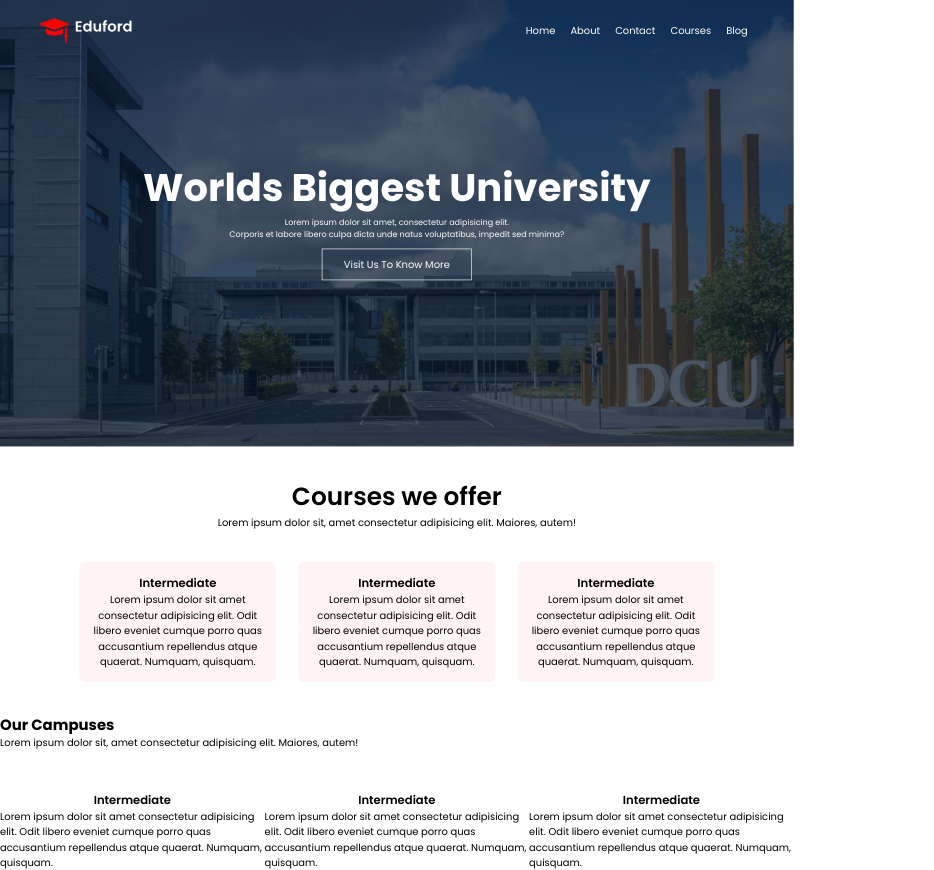
Repository: yashrajverma/Practise
Page: index.html
These files come from the project's save history. The page is drawn as it stood at one moment and after the next save; the edit follows.
The browser window is 1280 px wide. The page is 1280 px wide, then 1506 px, so the pictures cover 1506 px, including what lies to the right of the window. The pictures show the whole page, at 62% of full size.

Above is the page before, as saved 2021-04-27 12:21:48.

### index.html
<!DOCTYPE html>
<html lang="en">
  <head>
    <meta charset="UTF-8" />
    <meta name="viewport" content="width=device-width, initial-scale=1.0" />
    <title>Website</title>
    <link rel="stylesheet" href="style.css" />
    <link rel="preconnect" href="https://fonts.gstatic.com">
<link href="https://fonts.googleapis.com/css2?family=Poppins:ital,wght@0,100;0,400;0,600;0,700;1,500&display=swap" rel="stylesheet">
<link rel="stylesheet" href="https://cdn.jsdelivr.net/npm/@fortawesome/fontawesome-free@5.15.3/css/fontawesome.min.css" integrity="sha384-wESLQ85D6gbsF459vf1CiZ2+rr+CsxRY0RpiF1tLlQpDnAgg6rwdsUF1+Ics2bni" crossorigin="anonymous">
<link rel="stylesheet" href="https://cdnjs.cloudflare.com/ajax/libs/font-awesome/5.15.3/css/all.min.css" integrity="sha512-iBBXm8fW90+nuLcSKlbmrPcLa0OT92xO1BIsZ+ywDWZCvqsWgccV3gFoRBv0z+8dLJgyAHIhR35VZc2oM/gI1w==" crossorigin="anonymous" />

</head>
  <body>
    <section class="header">
        <nav>
         <a href="index.html"><img src="eduford_img/logo.png" alt="logo" class="nav-img"/></a>
          <div class="nav-links" id="navLinks">
            <i class="fa fa-times-circle" aria-hidden="true" onclick="hideMenu()"></i>
             <ul>
            <li><a href="#">Home</a></li>
            <li><a href="#">About</a></li>
            <li><a href="#">Contact</a></li>
            <li><a href="#">Courses</a></li>
            <li><a href="#">Blog</a></li>
          </ul>
          </div>
          <i class="fa fa-bars" aria-hidden="true" onclick="showMenu()"></i>
        </nav>

        <div class="text-box">
          <h1>
            Worlds Biggest University
          </h1>
          <p>
            Lorem ipsum dolor sit amet, consectetur adipisicing elit. <br>
            Corporis et labore libero culpa dicta unde natus voluptatibus, impedit sed minima?
          </p>
          <a href="#">Visit Us To Know More</a>
        </div>
    </section>

    <!-- -------------------- courses --------------------- -->

    <section class="course">
      <h1>Courses we offer</h1>
      <p>Lorem ipsum dolor sit, amet consectetur adipisicing elit. Maiores, autem!</p>
      <div class="row">
        <div class="course-col">
          <h3>Intermediate</h3>
          <p>Lorem ipsum dolor sit amet consectetur adipisicing elit.
            Odit libero eveniet cumque porro quas accusantium repellendus atque quaerat. Numquam, quisquam.</p>
        </div>
        <div class="course-col">
          <h3>Intermediate</h3>
          <p>Lorem ipsum dolor sit amet consectetur adipisicing elit.
            Odit libero eveniet cumque porro quas accusantium repellendus atque quaerat. Numquam, quisquam.</p>
        </div>
        <div class="course-col">
          <h3>Intermediate</h3>
          <p>Lorem ipsum dolor sit amet consectetur adipisicing elit.
            Odit libero eveniet cumque porro quas accusantium repellendus atque quaerat. Numquam, quisquam.</p>
        </div>
      </div>
    </section>



    <!-- -------------------- campus --------------------- -->

    <section class="campus">
      <h1>Our Campuses</h1>
      <p>Lorem ipsum dolor sit, amet consectetur adipisicing elit. Maiores, autem!</p>
      <div class="row">
        <div class="campus-col">
          <h3>Intermediate</h3>
          <p>Lorem ipsum dolor sit amet consectetur adipisicing elit.
            Odit libero eveniet cumque porro quas accusantium repellendus atque quaerat. Numquam, quisquam.</p>
        </div>
        <div class="campus-col">
          <h3>Intermediate</h3>
          <p>Lorem ipsum dolor sit amet consectetur adipisicing elit.
            Odit libero eveniet cumque porro quas accusantium repellendus atque quaerat. Numquam, quisquam.</p>
        </div>
        <div class="campus-col">
          <h3>Intermediate</h3>
          <p>Lorem ipsum dolor sit amet consectetur adipisicing elit.
            Odit libero eveniet cumque porro quas accusantium repellendus atque quaerat. Numquam, quisquam.</p>
        </div>
      </div>
    </section>

    <script src="app.js"></script>
  </body>
</html>

### style.css
*{
    margin: 0;
    padding: 0;
    font-family: 'Poppins', sans-serif;
}

.header{
    width: 100%;
    min-height: 100vh;
    background:linear-gradient(rgba(2, 20, 46, 0.7),rgba(5, 20, 37, 0.7)) ,url('./eduford_img/banner.png');
    background-position: fixed;
    background-size: cover;
    background-repeat: no-repeat;
    position: relative;
}
nav{
    display: flex;
    align-items: center;
    justify-content: space-between;
    padding: 2% 5%;
}
.nav-img{
    width: 150px;
}
.nav-links{
    flex:1;
    text-align: right;
}
.nav-links ul li{
    list-style: none;
    padding: 0 10px ;
    display: inline-block;
    position: relative;
}
.nav-links ul li  a{
    text-decoration: none;
    color: white;

}
.nav-links ul li::after{
    width: 0;
    height: 2px;
    content: '';
    background-color: #f44336;
    display: block;
    margin: auto;
    transition: 0.4s;
}
.nav-links ul li:hover::after{
    width: 100%;
    box-shadow: 0px 0px 13px #f44336;
}
.text-box{
    width: 90%;
    text-align: center;
    position: absolute;
    top: 50%;
    left: 50%;
    transform: translate(-50%,-50%);
    color: white;
}
.text-box h1{
    font-size: 62px;
}
.text-box p{
    font-size: 13px;
}
.text-box a{
    display: inline-block;
    padding: 12px 34px ;
    color: white;
    text-decoration: none;
    position: relative;
    margin: 12px;
    border: 1px solid white;
    background: transparent;
    transition: 0.4s;
}
.text-box a:hover{
    background: #f44336;
    border:1px solid #f44336;
    box-shadow: 0px 0px 13px #f44336;
}

nav .fa{
    display: none;
}
@media(max-width:700px){
    .text-box h1{
        font-size: 20px;
    }
    .nav-links ul li{
        display: block;
        margin: 10px;
    }
    .nav-links{
        position: absolute;
        top: 0;
        right: -200px;
        background: #f44336;
        width: 200px;
        height: 100vh;
        text-align: left;
        z-index: 2;
    }
    nav .fa{
        display: block;
        color:white;
        font-size: 24px;
        cursor: pointer;
    }
}

/* ------------------------------------- course ----------------------------- */

.course{
    text-align: center;
    margin: auto;
    margin-top: 50px;
    width: 80%;
}
.course h1{
    font-size: 40px;
    font-weight: 600;
}

.row{
    margin-top: 5%;
    display: flex;
    justify-content: space-between;
}
.course-col{
    flex-basis: 31%;
    background: #fff3f3;
    border-radius: 10px;
    padding: 20px 12px;
    margin-bottom: 5%;
    box-sizing: border-box;
    transition: 0.7s;
}
h3{
    font-weight: 600;
    text-align: center;
}
.course-col:hover{
    box-shadow: 0 0 20px 0 rgba(0,0,0,0.2);
}

@media(max-width:700px){
    .row{
        flex-direction: column;
    }
}

### app.js
var navLinks=document.getElementById('navLinks')
function hideMenu(){
    navLinks.style.right='-200px';
}
function showMenu(){
    navLinks.style.right="0"
}

After the next save:
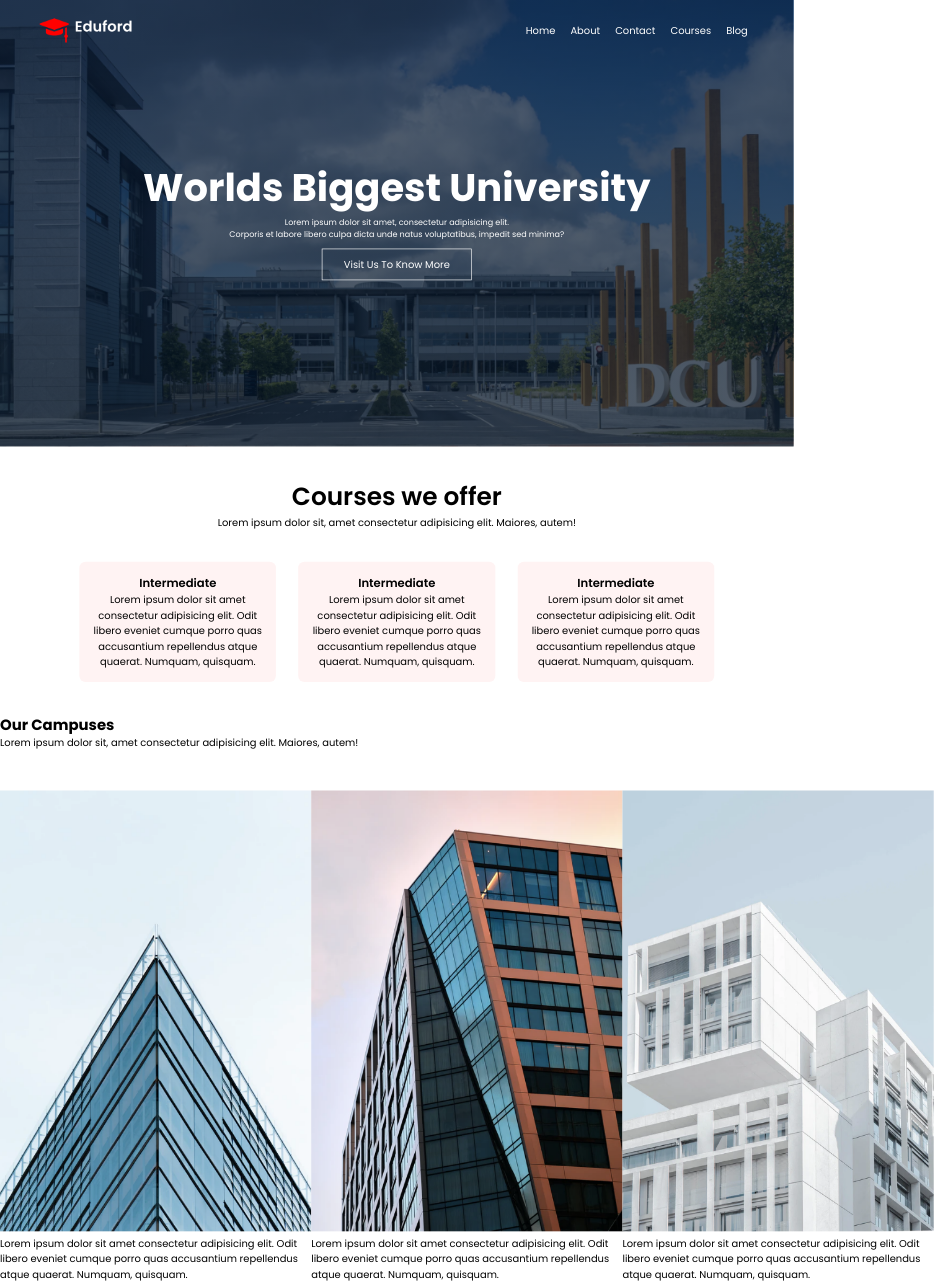
Saved 41 s later.
--- a/index.html
+++ b/index.html
@@ -73,17 +73,17 @@
       <p>Lorem ipsum dolor sit, amet consectetur adipisicing elit. Maiores, autem!</p>
       <div class="row">
         <div class="campus-col">
-          <h3>Intermediate</h3>
+          <img src="/eduford_img/london.png" alt="">
           <p>Lorem ipsum dolor sit amet consectetur adipisicing elit.
             Odit libero eveniet cumque porro quas accusantium repellendus atque quaerat. Numquam, quisquam.</p>
         </div>
         <div class="campus-col">
-          <h3>Intermediate</h3>
+          <img src="/eduford_img/newyork.png" alt="">
           <p>Lorem ipsum dolor sit amet consectetur adipisicing elit.
             Odit libero eveniet cumque porro quas accusantium repellendus atque quaerat. Numquam, quisquam.</p>
         </div>
         <div class="campus-col">
-          <h3>Intermediate</h3>
+          <img src="/eduford_img/washington.png" alt="">
           <p>Lorem ipsum dolor sit amet consectetur adipisicing elit.
             Odit libero eveniet cumque porro quas accusantium repellendus atque quaerat. Numquam, quisquam.</p>
         </div>
